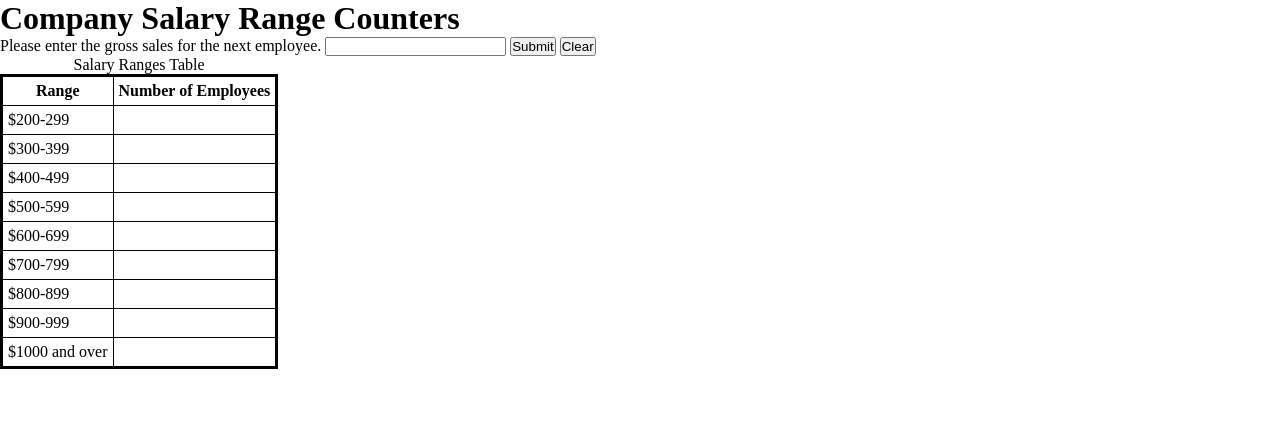
Repository: mlmEFSC21/P17-Sales-Commision
Page: sales.html
The author's editor kept a copy of each file at every save. The page is drawn from the files as they stood at one save, then again after the next save.
The browser window is 1280 px wide. The pictures show the whole page.

Above is the page before, as saved 2022-04-01 21:19:18.

### sales.html
<!DOCTYPE html>
<html lang="en">
    <head>
        <meta charset="UTF-8" />
        <meta http-equiv="X-UA-Compatible" content="IE=edge" />
        <meta name="viewport" content="width=device-width, initial-scale=1.0" />
        <link rel="stylesheet" href="sales.css" />
        <script defer src="sales.js"></script>
        <title>Company Salary Range Counters</title>
    </head>
    <body>
        <header class="mainHeader">
            <h1>Company Salary Range Counters</h1>
        </header>
        <section>
            <div class="formContainer" id="formContainer">
                <form class="salaryForm" id="salaryForm">
                    <label for="grossSales"
                        >Please enter the gross sales for the next employee.</label
                    >
                    <input type="text" name="grossSales" class="salesInp" id="salesInp" required />
                    <button type="submit" class="submit-btn" id="submit-btn">Submit</button>
                    <button type="reset" class="clear-btn" id="clear-btn">Clear</button>
                </form>
            </div>
            <div class="tableContainer" id="tableContainer">
                <table>
                    <caption>
                        Salary Ranges Table
                    </caption>
                    <thead>
                        <tr>
                            <th>Range</th>
                            <th>Number of Employees</th>
                        </tr>
                    </thead>
                    <tbody>
                        <tr>
                            <td>$200-299</td>
                            <td class="ranges" id="ranges"></td>
                        </tr>
                        <tr>
                            <td>$300-399</td>
                            <td class="ranges" id="ranges"></td>
                        </tr>
                        <tr>
                            <td>$400-499</td>
                            <td class="ranges" id="ranges"></td>
                        </tr>
                        <tr>
                            <td>$500-599</td>
                            <td class="ranges" id="ranges"></td>
                        </tr>
                        <tr>
                            <td>$600-699</td>
                            <td class="ranges" id="ranges"></td>
                        </tr>
                        <tr>
                            <td>$700-799</td>
                            <td class="ranges" id="ranges"></td>
                        </tr>
                        <tr>
                            <td>$800-899</td>
                            <td class="ranges" id="ranges"></td>
                        </tr>
                        <tr>
                            <td>$900-999</td>
                            <td class="ranges" id="ranges"></td>
                        </tr>
                        <tr>
                            <td>$1000 and over</td>
                            <td class="ranges" id="ranges"></td>
                        </tr>
                    </tbody>
                    <tfoot></tfoot>
                </table>
            </div>
        </section>
    </body>
</html>

### sales.css
*,
*::after,
*::before {
    box-sizing: border-box;
    margin: 0;
    padding: 0;
}
table {
    border-collapse: collapse;
    border: 3px solid black;
}
th,
tr,
td {
    border: 1px solid black;
    margin: 5px;
    padding: 5px;
}

### sales.js
//  base salary = $200 + commission
// commission = gross sales * 9%
// range floor / 100 - 2 = index 0 - 8
// test: x1 = Math.floor(218 / 100) - 2;
// works for all ranges below the last. Just check for >1000 first.
const baseSalary = 200;
let commissionAmount = 0;
let totalSalary = 0;
let employeeNum = 0;
let salaryRanges = [0, 0, 0, 0, 0, 0, 0, 0, 0];
let weeklyGrossSales = [];

const form = document.querySelector("#salaryForm");
const salesInput = document.getElementById("salesInp");
const td = document.querySelectorAll("td#ranges");
form.addEventListener("submit", getWeeklySal);
const resetBtn = document.querySelector("#clear-btn");
resetBtn.addEventListener("click", clearAllSalaries);

function getWeeklySal(e) {
    e.preventDefault();
    employeeNum++;
    weeklyGrossSales = parseInt(salesInput.value);
    calcCommission();
    calcTotalWeeklySalary();
    calcSalaryRange(totalSalary);
    fillRangeCol();
    salesInput.value = "";
}
function calcCommission() {
    commissionAmount = weeklyGrossSales * 0.09;
}
function calcTotalWeeklySalary() {
    totalSalary = baseSalary + commissionAmount;
    console.log(totalSalary);
    console.log(salaryRanges);
}
function calcSalaryRange(totalSalary) {
    if (totalSalary >= 1000) {
        salaryRanges[8] += 1;
    } else if (totalSalary < 1000) {
        let i = Math.floor(totalSalary / 100) - 2;
        salaryRanges[i] = salaryRanges[i] + 1;
    }
}
//append the table
function fillRangeCol() {
    for (let i = 0; i < salaryRanges.length; i++) {
        td[i].innerText = salaryRanges[i];
    }
}
//reset button
function clearAllSalaries() {
    salesInput.value = "";
    salaryRanges = [0, 0, 0, 0, 0, 0, 0, 0, 0];
    weeklyGrossSales = [];
    for (let i = 0; i < salaryRanges.length; i++) {
        td[i].innerText = 0;
    }
}

console.log(salaryRanges);
console.log(weeklyGrossSales);

After the next save:
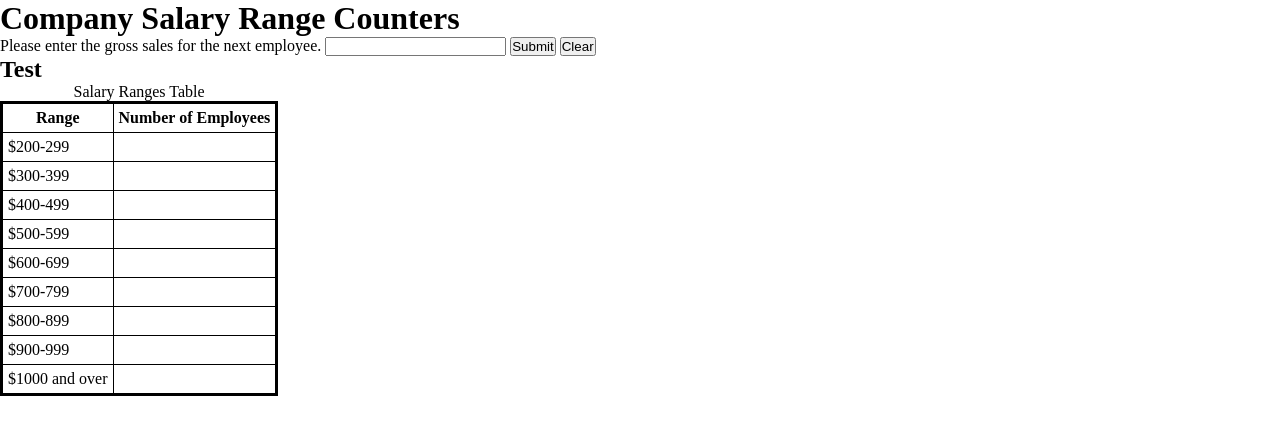
Saved 10 h 12 min later.
--- a/sales.html
+++ b/sales.html
@@ -22,6 +22,9 @@
                     <button type="submit" class="submit-btn" id="submit-btn">Submit</button>
                     <button type="reset" class="clear-btn" id="clear-btn">Clear</button>
                 </form>
+            </div>
+            <div class="currentSalary">
+                <h2>Test</h2>
             </div>
             <div class="tableContainer" id="tableContainer">
                 <table>
